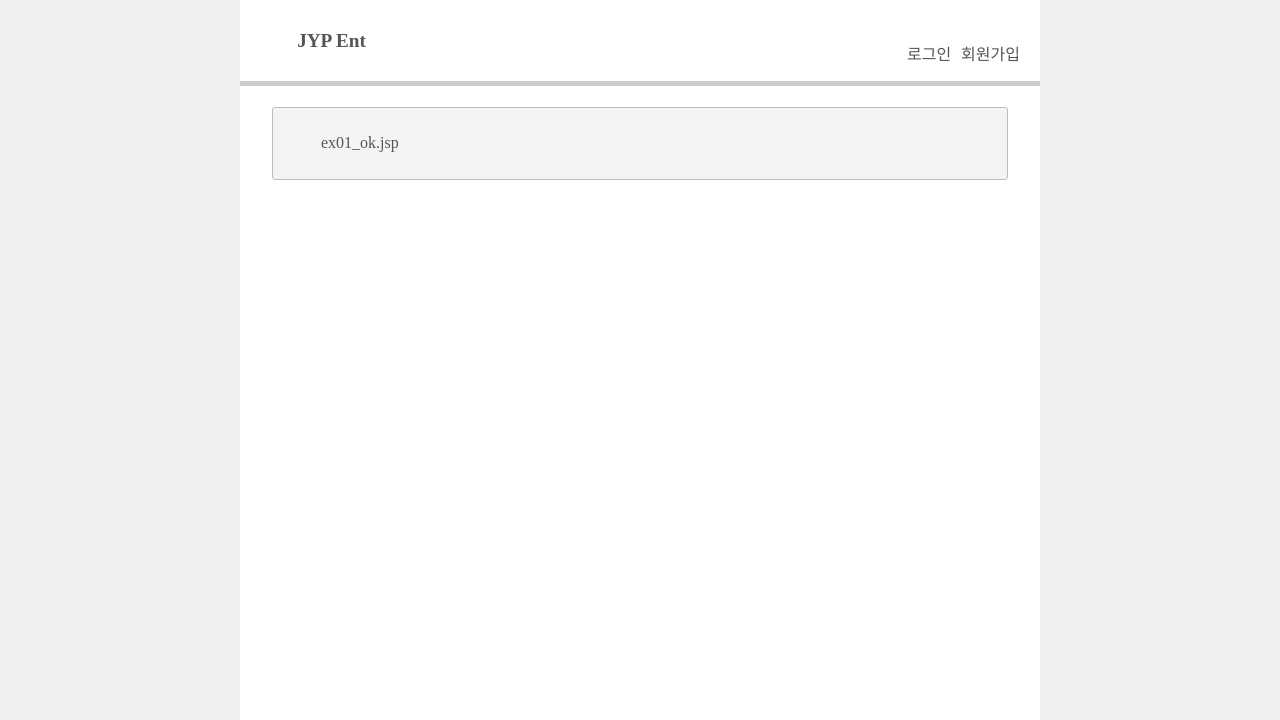
Repository: junyong231/JSP-SSIT
Page: http://localhost/jspPro/days03/ex01_ok.jsp
These files come from the project's save history. The page is drawn as it stood at one moment and after the next save; the edit follows.
The browser window is 1280 px wide. The pictures show the whole page.
Some web fonts or font styles are not loaded; a fallback is used. The page is served by Tomcat 9.

Above is the page before, as saved 2024-10-17 01:15:52.

After the next save:
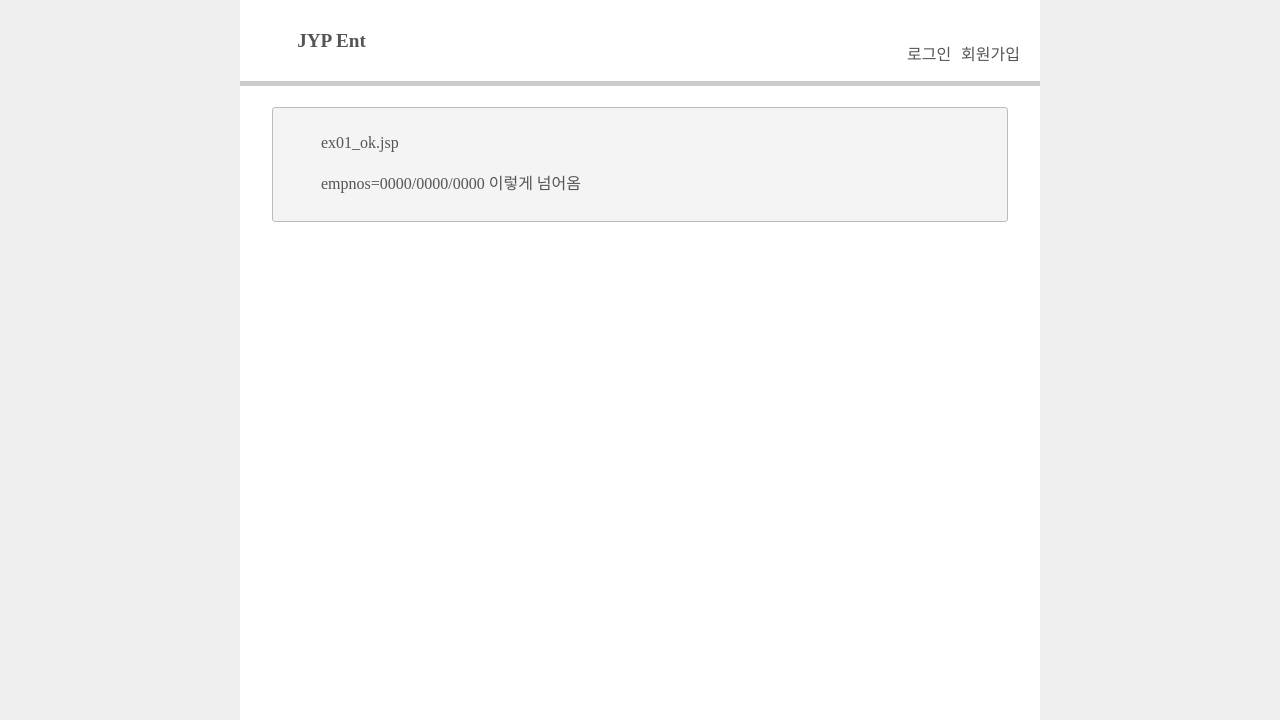
Saved 16 s later.
--- a/jspPro/src/main/webapp/days03/ex01_ok.jsp
+++ b/jspPro/src/main/webapp/days03/ex01_ok.jsp
@@ -27,6 +27,8 @@
 <div>
   <xmp class="code">
     	ex01_ok.jsp
+
+    	empnos=0000/0000/0000 이렇게 넘어옴
   </xmp>
 </div>
 </body>
